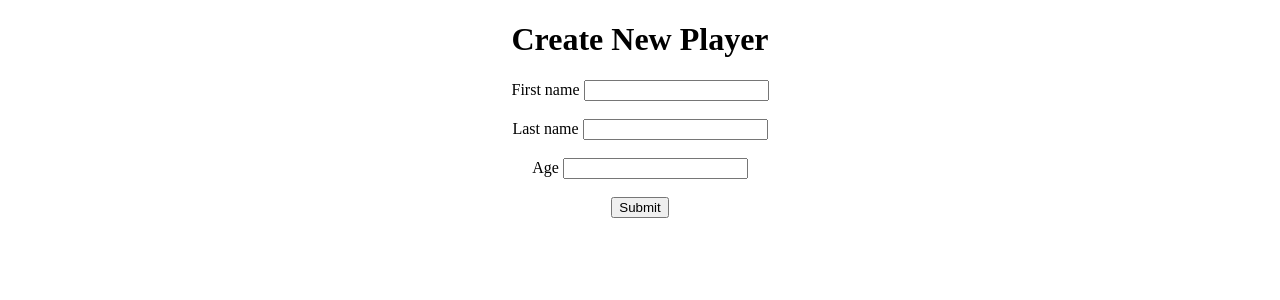
Repository: harshithamagani/Java-Basics
Page: http://localhost/team-roster/player
An editor plug-in stored every save of this project. The page is shown before and after the next save, followed by the edit.
The browser window is 1280 px wide. The pictures show the whole page.
The page is served by Tomcat 9. Other server files are loaded and not shown.

Above is the page before, as saved 2019-11-06 02:38:26.

### team-roster/WebContent/WEB-INF/createPlayerForm.jsp
<%@ page language="java" contentType="text/html; charset=UTF-8"
    pageEncoding="UTF-8"%>
<!DOCTYPE html>
<html>
<head>
	<meta charset="UTF-8">
	<title>Create player page</title>
	<style type="text/css">
		#wrapper{
			text-align: center;
		}
	</style>
</head>
<body>
	<div id="wrapper">
	<h1>Create New Player</h1>
		<form action="/team-roster/team" method="post">
			  <label>First name</label>
			  <input name="first-name" type="text"><br><br>
			  <label>Last name</label>
			  <input name="last-name" type="text"><br><br>
			  <label>Age</label>
			  <input name="age" type="text"><br><br>
			  <input name="submit" value="Submit" type="submit">
		</form>
	</div>
</body>
</html>

### team-roster/src/com/coding/controllers/ShowPlayer.java
package com.coding.controllers;

import java.io.IOException;

import javax.servlet.RequestDispatcher;
import javax.servlet.ServletException;
import javax.servlet.annotation.WebServlet;
import javax.servlet.http.HttpServlet;
import javax.servlet.http.HttpServletRequest;
import javax.servlet.http.HttpServletResponse;

/**
 * Servlet implementation class Player
 */
@WebServlet("/player")
public class ShowPlayer extends HttpServlet {
	private static final long serialVersionUID = 1L;

    /**
     * @see HttpServlet#HttpServlet()
     */
    public ShowPlayer() {
        super();
        // TODO Auto-generated constructor stub
    }

	/**
	 * @see HttpServlet#doGet(HttpServletRequest request, HttpServletResponse response)
	 */
	protected void doGet(HttpServletRequest request, HttpServletResponse response) throws ServletException, IOException {
		if(request.getParameter("id") == null) {
			RequestDispatcher req = request.getRequestDispatcher("/WEB-INF/createPlayerForm.jsp");
			req.forward(request, response);
		}
		// TODO Auto-generated method stub
		response.getWriter().append("Served at: ").append(request.getContextPath());
	}

	/**
	 * @see HttpServlet#doPost(HttpServletRequest request, HttpServletResponse response)
	 */
	protected void doPost(HttpServletRequest request, HttpServletResponse response) throws ServletException, IOException {
		// TODO Auto-generated method stub
		doGet(request, response);
	}

}

After the next save:
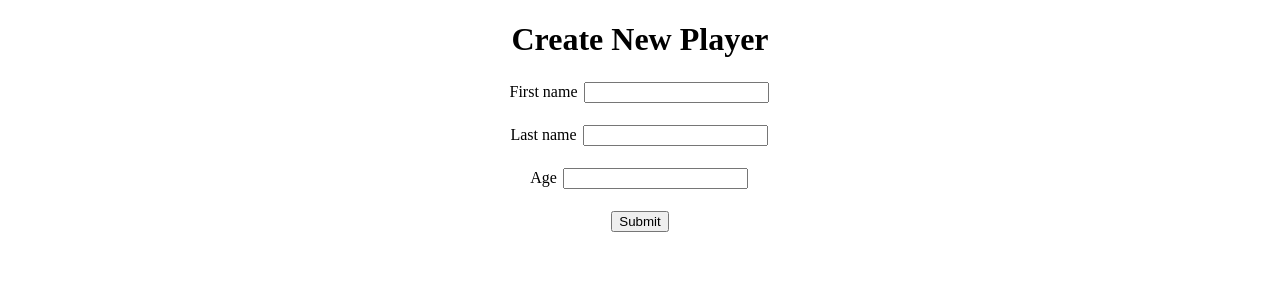
Saved 41 s later.
--- a/team-roster/WebContent/WEB-INF/createPlayerForm.jsp
+++ b/team-roster/WebContent/WEB-INF/createPlayerForm.jsp
@@ -8,6 +8,9 @@
 	<style type="text/css">
 		#wrapper{
 			text-align: center;
+		}
+		input{
+		margin:2px;
 		}
 	</style>
 </head>
